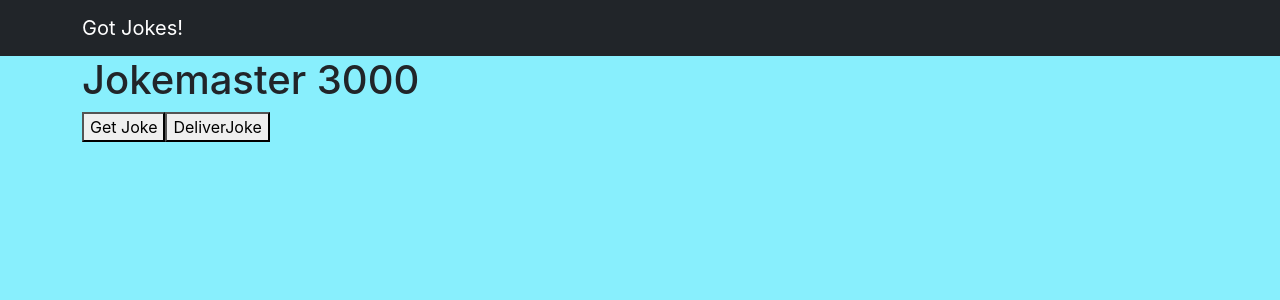
Repository: jontslater/LAB-joke-generator-react
Page: /
The author's editor kept a copy of each file at every save. The page is drawn from the files as they stood at one save, then again after a run of saves.
The browser window is 1280 px wide. The pictures show the whole page.
The page's requests for data from a server got no answer. The project was rebuilt for these pictures with package versions that can differ from the ones it lists, and the page was loaded fresh each time. The framework's server and built-in components were replaced by stand-ins that run in the browser. No one was signed in, and anything a server would have sent is missing. Also part of the build but not shown: next.config.js.

Above is the page before, as saved 2024-01-09 15:57:06.

After the next 2 saves:
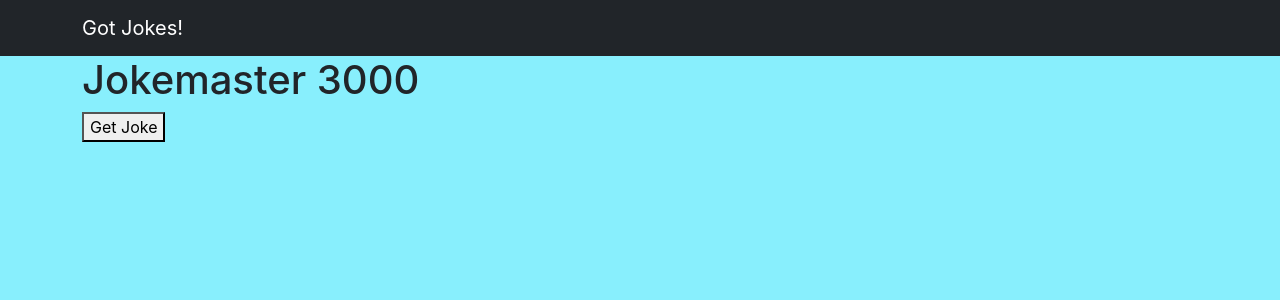
The 2 saves are shown as one change because 1 did not build or start.
The last was saved 15 s later.
--- a/components/Jokes.js
+++ b/components/Jokes.js
@@ -5,11 +5,6 @@ function Jokes() {
     fetch('https://v2.jokeapi.dev/joke/Programming?safe-mode&type=twopart')
       .then((response) => response.json())
       .then((data) => setJoke(data.setup));
-  }
-  function deliverJoke() {
-    fetch('https://v2.jokeapi.dev/joke/Programming?safe-mode&type=twopart')
-      .then((response) => response.json())
-      .then((data) => deliverJoke(data.delivery));
   }
   const [joke, setJoke] = useState([]);
   useEffect(() => {
@@ -19,7 +14,6 @@ function Jokes() {
     <>
       <h1>Jokemaster 3000</h1>
       <button type="button" onClick={getJoke}>Get Joke</button>
-      <button type="button" onClick={deliverJoke}>DeliverJoke</button>
       <h1>{joke}</h1>
     </>
   );
